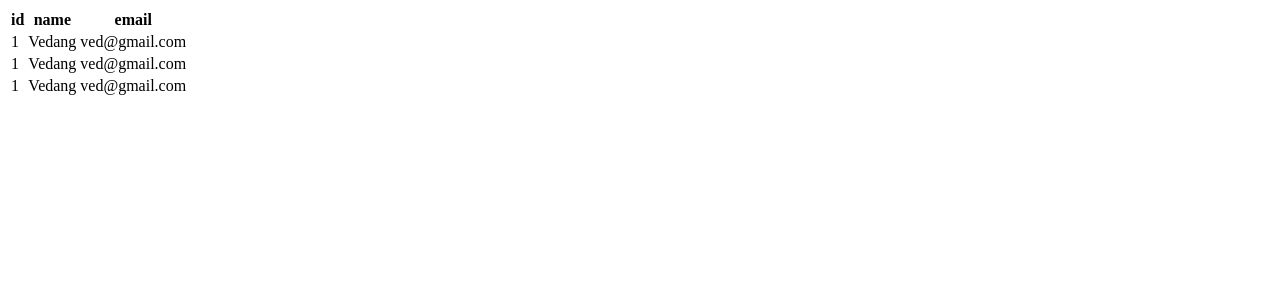
Repository: vedang03/servlet-jsp
Page: http://localhost/06-JSTL-tags/studentTable.jsp
An editor plug-in stored every save of this project. The page is shown before and after the next save, followed by the edit.
The browser window is 1280 px wide. The pictures show the whole page.
The page is served by Tomcat 9.

Above is the page before, as saved 2023-10-12 07:51:47.

After the next save:
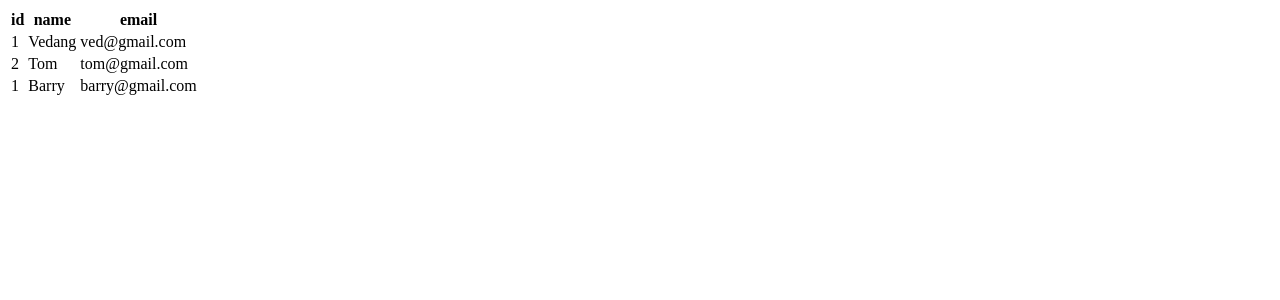
Saved 3 min 21 s later.
--- a/06-JSTL-tags/WebContent/studentTable.jsp
+++ b/06-JSTL-tags/WebContent/studentTable.jsp
@@ -14,8 +14,8 @@
 <%
 List<Student>students = new ArrayList<>();
 students.add(new Student(1,"Vedang","ved@gmail.com"));
-students.add(new Student(1,"Vedang","ved@gmail.com"));
-students.add(new Student(1,"Vedang","ved@gmail.com"));
+students.add(new Student(2,"Tom","tom@gmail.com"));
+students.add(new Student(1,"Barry","barry@gmail.com"));
 pageContext.setAttribute("all", students);
 %>
 
